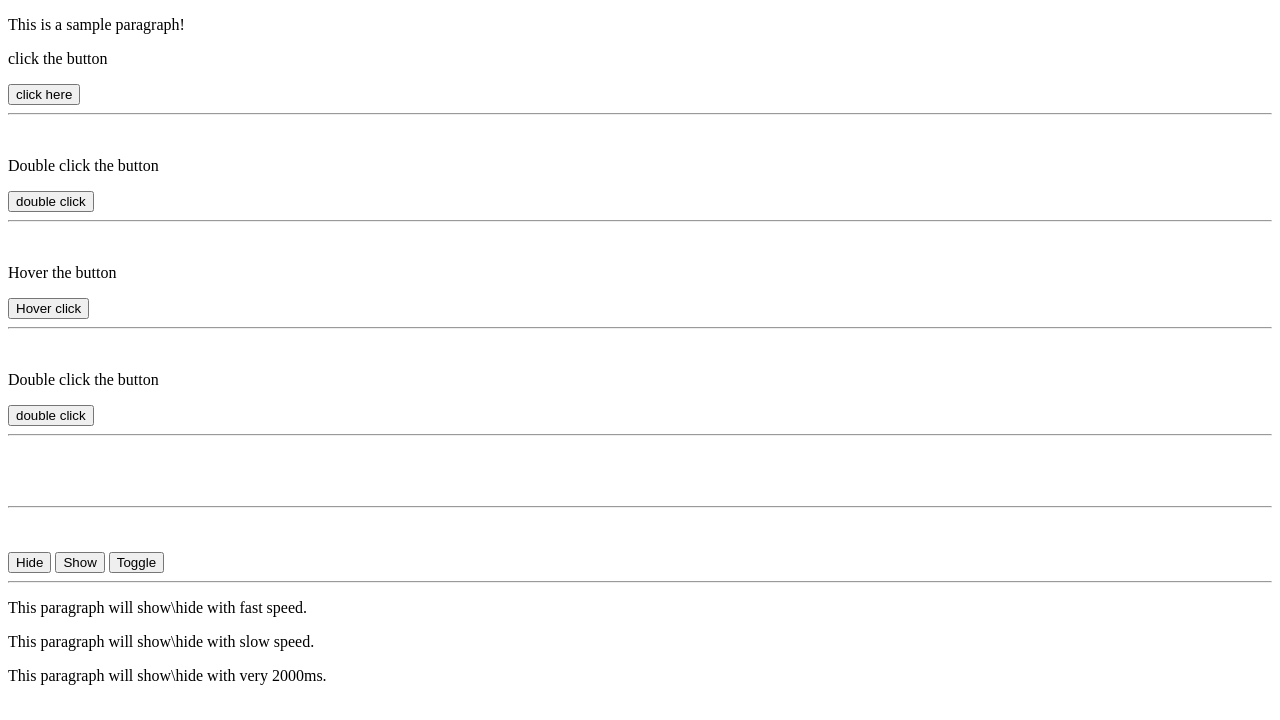
Repository: DhananjayaLakshan/Uom-Web_Design_For_Beginners
Page: Work02/index.html
An editor plug-in stored every save of this project. The page is shown before and after the next save, followed by the edit.
The browser window is 1280 px wide. The pictures show the whole page.

Above is the page before, as saved 2023-11-30 21:27:12.

After the next save:
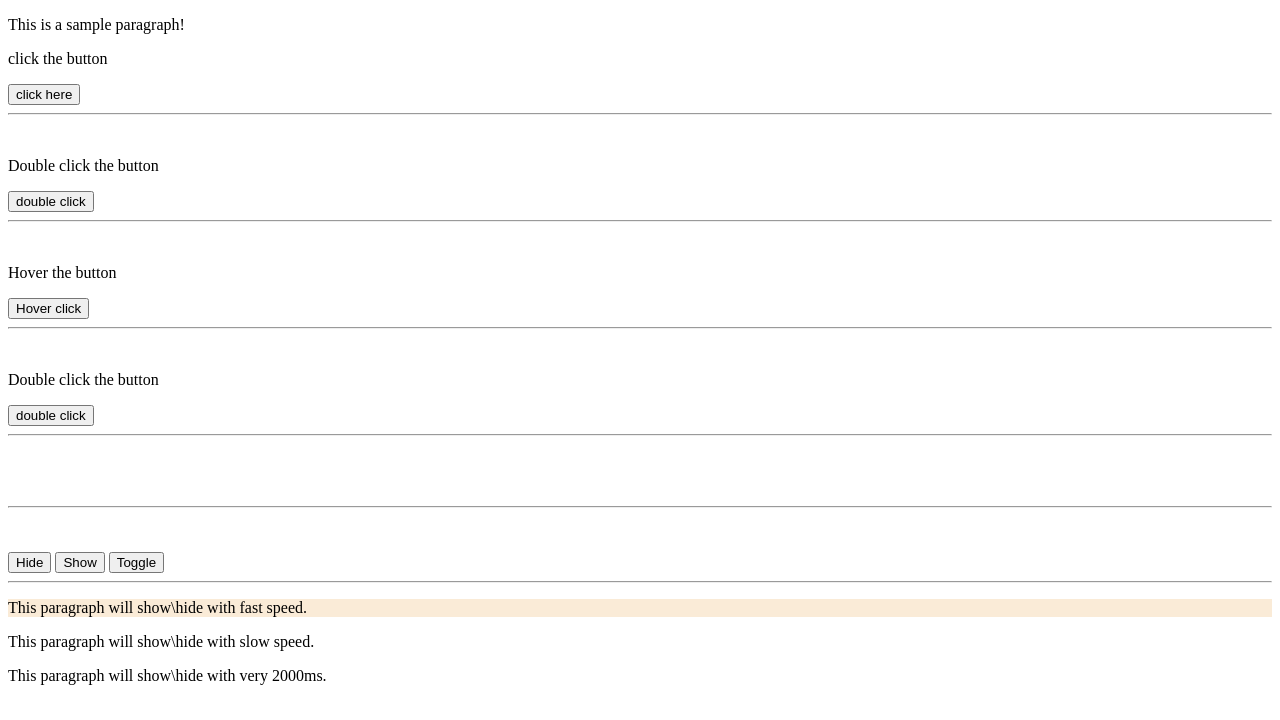
Saved 27 s later.
--- a/Work02/index.html
+++ b/Work02/index.html
@@ -82,7 +82,7 @@
 
     <hr>
 
-    <p class="pfast">This paragraph will show\hide with fast speed.</p>
+    <p class="pfast" style="background-color: antiquewhite;">This paragraph will show\hide with fast speed.</p>
     <p class="pslow">This paragraph will show\hide with slow speed.</p>
     <p class="pclass">This paragraph will show\hide with very 2000ms.</p>
 
